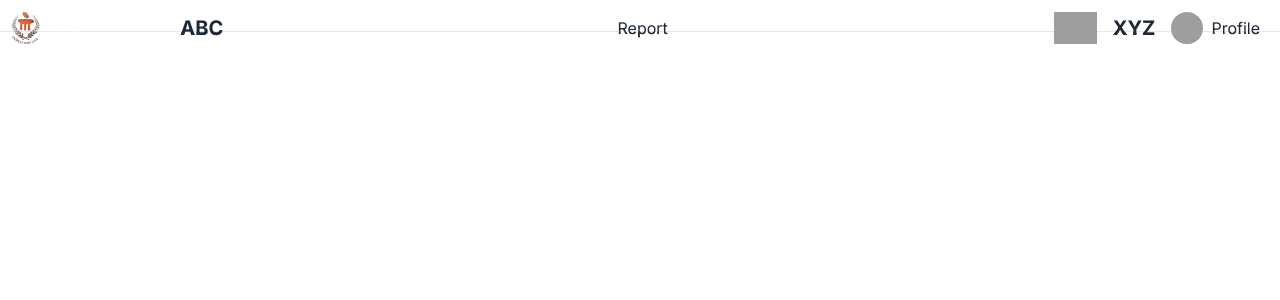
Repository: gauravbhindwar/mentorlink
Page: /pages/admin/admindashboard
An editor plug-in stored every save of this project. The page is shown before and after the next save, followed by the edit.
The browser window is 1280 px wide. The pictures show the whole page.
Pictures or frames that could not be fetched are drawn as grey boxes. The project was rebuilt for these pictures with package versions that can differ from the ones it lists, and the page was loaded fresh each time. The framework's server and built-in components were replaced by stand-ins that run in the browser. Also part of the build but not shown: next.config.js, next.config.ts.

Above is the page before, as saved 2024-11-06 17:07:38.

### src/app/layout.tsx
import type { Metadata } from "next";
import { Inter } from "next/font/google";
import "./globals.css";

const inter = Inter({ subsets: ["latin"] });

export const metadata: Metadata = {
  title: "Faculty Subject Selector",
  description: "By: MUJ",
};

export default function RootLayout({
  children,
}: Readonly<{
  children: React.ReactNode;
}>) {
  return (
    <html lang="en" suppressHydrationWarning>
      <body className={inter.className} suppressHydrationWarning>
        <div>{children}</div>
      </body>
    </html>
  );
}

### src/app/pages/admin/layout.tsx
import type { Metadata } from "next";
import { Inter } from "next/font/google";
import "@/app/globals.css";
import Navbar from "@/components/subComponents/Navbar";

const inter = Inter({ subsets: ["latin"] });

export const metadata: Metadata = {
  title: "MentorLink",
  description: "By: SDC",
};

export default function RootLayout({
  children,
}: Readonly<{
  children: React.ReactNode;
}>) {
  return (
        <div>
            <Navbar />

            {children}

        </div>
  );
}

### src/app/pages/admin/admindashboard/page.jsx
import React from 'react'
import AdminDashboard from '../../../../components/AdminDash/AdminDashboard'
import Navbar from '../../../../components/subComponents/Navbar';

const page = () => {
  return (
    <>
    <Navbar/>
    <div>
    <AdminDashboard  />
    </div>
    </>
  )
}

export default page

### src/components/subComponents/Navbar.jsx
"use client"
import React, { useState } from 'react'
import Image from 'next/image'
// import { Button } from '@/components/ui/button'

const Navbar = () => {
    const [dropdownVisible, setDropdownVisible] = useState(false)

    const toggleDropdown = () => {
        setDropdownVisible(!dropdownVisible)
        setReportdropdownVisible(false);
    }
    const [reportdropdownVisible, setReportdropdownVisible] = useState(false)

    const toggleReportDropdown = () => {
        setReportdropdownVisible(!reportdropdownVisible)
    }
    return (
        <>
            <nav className="fixed top-0 z-50 w-full bg-white border-b max-h-[32px] border-gray-200 dark:bg-gray-800 dark:border-gray-700" >
                <div className="px-3 py-3 lg:px-5 lg:pl-3">
                    <div className="flex items-center justify-between">

                        {/* Left Logo */}

                        <div className="flex items-center">
                            <Image src="/path/to/muj-logo.png" alt="MUJ Logo" className="h-8 w-auto" width={32} height={32} />
                            <span className="ml-2 text-xl font-bold text-gray-800 dark:text-white">ABC</span>
                        </div>

                        {/* Middle Section */}

                        <div>
                            <div onClick={toggleReportDropdown} className="flex items-center space-x-4">
                                <button onClick={toggleReportDropdown} className="flex items-center text-gray-800 dark:text-white focus:outline-none">
                                    <span className="ml-2">Report</span>
                                </button>
                            </div>
                            {reportdropdownVisible && (
                                <div className="absolute  mt-2 w-48 bg-white border border-gray-200 rounded-md shadow-lg dark:bg-gray-800 dark:border-gray-700">
                                    <a href="/report" className="block px-4 py-2 text-sm text-gray-800 dark:text-white hover:bg-gray-100 dark:hover:bg-gray-700">Student Report</a>
                                </div>
                            )}
                        </div>

                        {/* Right Section */}

                        <div className="flex items-center space-x-4">
                            <Image src="/path/to/sdc-logo.png" alt="SDC Logo" className="h-8 w-auto" width={32} height={32} />
                            <span className="ml-2 text-xl font-bold text-gray-800 dark:text-white">XYZ</span>
                            <div className="relative">
                                <button onClick={toggleDropdown} className="flex items-center text-gray-800 dark:text-white focus:outline-none">
                                    <Image src="/path/to/profile-pic.jpg" alt="Profile" className="h-8 w-8 rounded-full" width={32} height={32} />
                                    <span className="ml-2">Profile</span>
                                </button>
                                {/* Dropdown Menu */}
                                {dropdownVisible && (
                                    <div className="absolute right-0 mt-2 w-48 bg-white border border-gray-200 rounded-md shadow-lg dark:bg-gray-800 dark:border-gray-700">
                                        <a href="/profile" className="block px-4 py-2 text-sm text-gray-800 dark:text-white hover:bg-gray-100 dark:hover:bg-gray-700">Profile</a>
                                        <a href="/settings" className="block px-4 py-2 text-sm text-gray-800 dark:text-white hover:bg-gray-100 dark:hover:bg-gray-700">Settings</a>
                                        <a href="/logout" className="block px-4 py-2 text-sm text-gray-800 dark:text-white hover:bg-gray-100 dark:hover:bg-gray-700">Logout</a>
                                    </div>
                                )}
                            </div>
                        </div>
                    </div>
                </div>
            </nav>
        </>
    )
}

export default Navbar

Loaded but not shown: src/app/globals.css (common file); src/components/AdminDash/AdminDashboard.jsx (common file); tailwind.config.ts (common file)

After the next save:
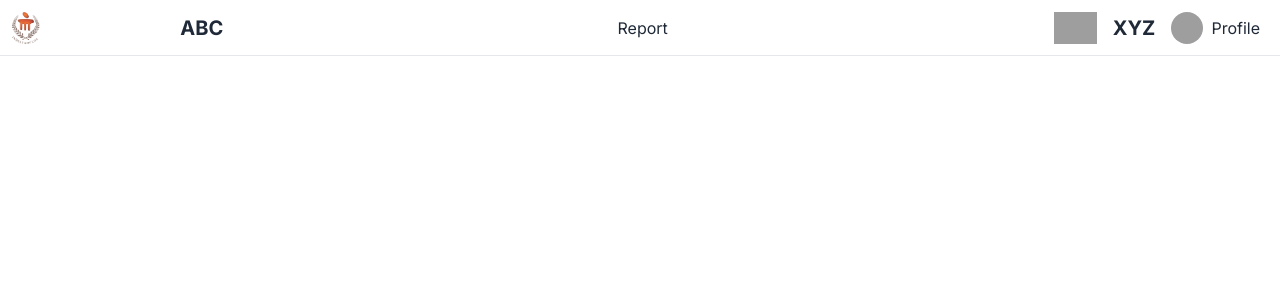
Saved 56 s later.
--- a/src/components/subComponents/Navbar.jsx
+++ b/src/components/subComponents/Navbar.jsx
@@ -17,7 +17,7 @@ const Navbar = () => {
     }
     return (
         <>
-            <nav className="fixed top-0 z-50 w-full bg-white border-b max-h-[32px] border-gray-200 dark:bg-gray-800 dark:border-gray-700" >
+            <nav className="fixed top-0 z-50 w-full bg-white border-b max-h-[56px] min-h-[56px] border-gray-200 dark:bg-gray-800 dark:border-gray-700" >
                 <div className="px-3 py-3 lg:px-5 lg:pl-3">
                     <div className="flex items-center justify-between">
 
